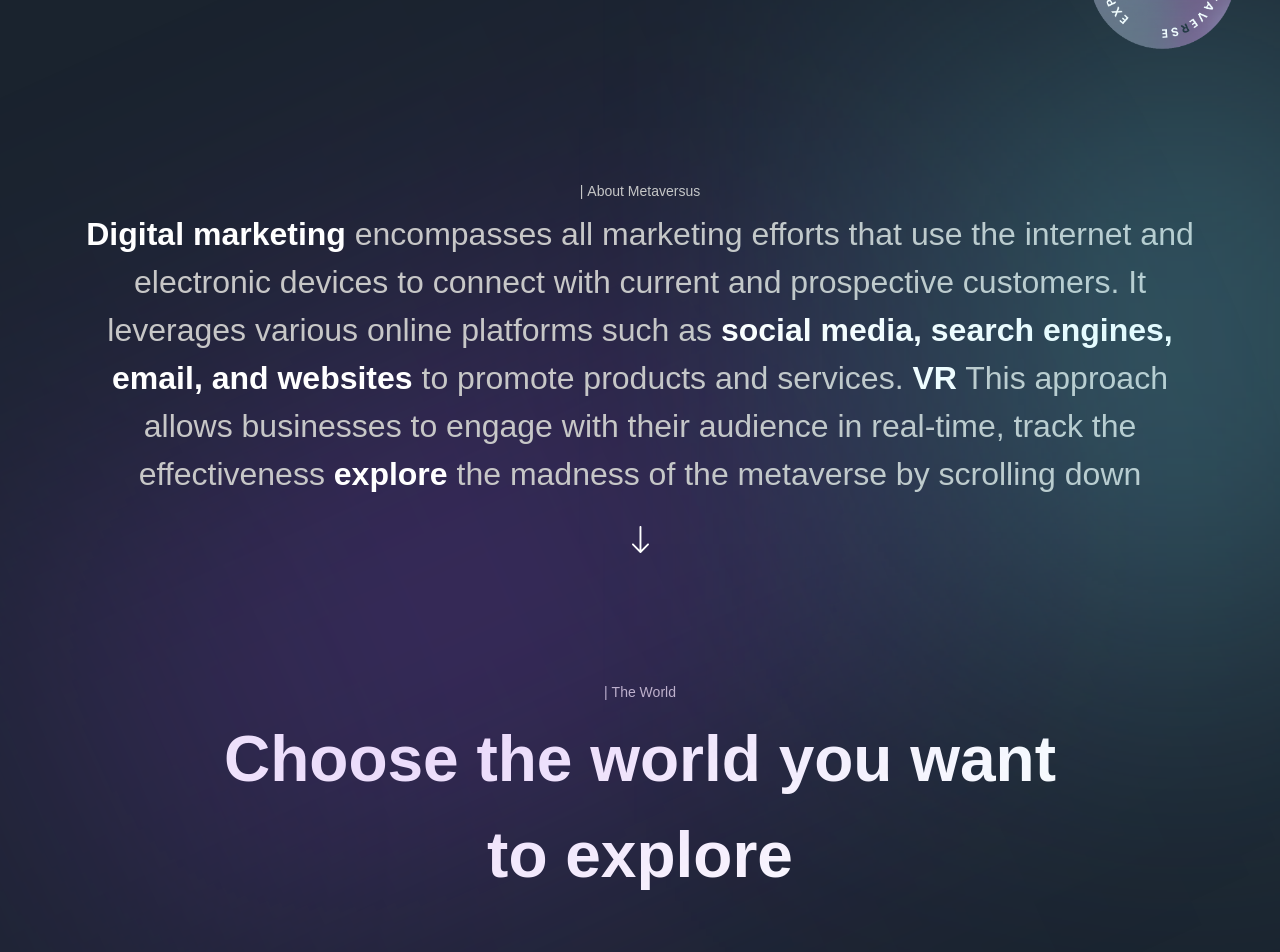
Repository: Shanuga123/metaversus
Page: /
These files come from the project's save history. The page is drawn as it stood at one moment and after the next save; the edit follows.
The browser window is 1280 px wide. The pictures show the part of the page from y = 987 to 1939 px (the page is 7302 px tall).
Pictures or frames that could not be fetched are drawn as grey boxes. Some web fonts or font styles are not loaded; a fallback is used. The project was rebuilt for these pictures with package versions that can differ from the ones it lists, and the page was loaded fresh each time. The framework's server and built-in components were replaced by stand-ins that run in the browser. Also part of the build but not shown: next.config.js.

Above is the page before, as saved 2024-08-05 21:40:44.

### components/Navbar.jsx
'use client';

import { motion } from 'framer-motion';

import styles from '../styles';
import { navVariants } from '../utils/motion';

const Navbar = () => (
  <motion.nav
    variants={navVariants}
    initial="hidden"
    whileInView="show"
    className={`${styles.xPaddings} py-8 relative`}
  >
    <div className="absolute w-[50%] inset-0 gradient-01" />
    <div
      className={`${styles.innerWidth} mx-auto flex justify-between gap-8`}
    >
      <img
        src="/search.svg"
        alt="search"
        className="w-[24px] h-[24px] object-contain"
      />
      <h2 className="font-extrabold text-[24px] leading-[30.24px] text-white">
        METAVERSUS
      </h2>
      <img
        src="/menu.svg"
        alt="menu"
        className="w-[24px] h-[24px] object-contain"
      />
    </div>
  </motion.nav>
);

export default Navbar;

### components/CustomTexts.jsx
'use client';

import { motion } from 'framer-motion';
import { textContainer, textVariant2 } from '../utils/motion';

export const TypingText = ({ title, textStyles }) => (
  <motion.p
    variants={textContainer}
    className={`font-normal text-[14px] text-secondary-white ${textStyles}`}
  >
    {Array.from(title).map((letter, index) => (
      <motion.span variants={textVariant2} key={index}>
        {letter === ' ' ? '\u00A0' : letter}
      </motion.span>
    ))}
  </motion.p>
);

export const TitleText = ({ title, textStyles }) => (
  <motion.h2
    variants={textVariant2}
    initial="hidden"
    whileInView="show"
    className={`mt-[8px] font-bold md:text-[64px] text-[40px] text-white ${textStyles}`}
  >
    {title}
  </motion.h2>
);

### components/ExploreCard.jsx
'use client';

import { motion } from 'framer-motion';

import styles from '../styles';
import { fadeIn } from '../utils/motion';

const ExploreCard = ({ id, imgUrl, title, index, active, handleClick }) => (
  <motion.div
    variants={fadeIn('right', 'spring', index * 0.5, 0.75)}
    className={`relative ${
      active === id ? 'lg:flex-[3.5] flex-[10]' : 'lg:flex-[0.5] flex-[2]'
    } flex items-center justify-center min-w-[170px] h-[700px] transition-[flex] duration-[0.7s] ease-out-flex cursor-pointer`}
    onClick={() => handleClick(id)}
  >
    <img
      src={imgUrl}
      alt="planet-04"
      className="absolute w-full h-full object-cover rounded-[24px]"
    />
    {active !== id ? (
      <h3 className="font-semibold sm:text-[26px] text-[18px] text-white absolute z-0 lg:bottom-20 lg:rotate-[-90deg] lg:origin-[0,0]">
        {title}
      </h3>
    ) : (
      <div className="absolute bottom-0 p-8 flex justify-start w-full flex-col bg-[rgba(0,0,0,0.5)] rounded-b-[24px]">
        <div
          className={`${styles.flexCenter} w-[60px] h-[60px] rounded-[24px] glassmorphism mb-[16px]`}
        >
          <img
            src="/headset.svg"
            alt="headset"
            className="w-1/2 h-1/2 object-contain"
          />
        </div>
        <p className="font-normal text-[16px] leading-[20.16px] text-white uppercase">
          Enter Metaverse
        </p>
        <h2 className="mt-[24px] font-semibold sm:text-[32px] text-[24px] text-white">
          {title}
        </h2>
      </div>
    )}
  </motion.div>
);

export default ExploreCard;

### components/InsightCard.jsx
'use client';

import { motion } from 'framer-motion';

import { fadeIn } from '../utils/motion';

const InsightCard = ({ imgUrl, title, subtitle, index }) => (
  <motion.div
    variants={fadeIn('up', 'spring', index * 0.5, 1)}
    className="flex md:flex-row flex-col gap-4"
  >
    <img
      src={imgUrl}
      alt="planet-01"
      className="md:w-[270px] w-full h-[250px] rounded-[32px] object-cover"
    />
    <div className="w-full flex justify-between items-center">
      <div className="flex-1 md:ml-[62px] flex flex-col max-w-[650px]">
        <h4 className="font-normal lg:text-[42px] text-[26px] text-white">
          {title}
        </h4>
        <p className="mt-[16px] font-normal lg:text-[20px] text-[14px] text-secondary-white">
          {subtitle}
        </p>
      </div>

      <div
        className="lg:flex hidden items-center justify-center w-[100px] h-[100px] rounded-full bg-transparent border-[1px] border-white"
      >
        <img
          src="/arrow.svg"
          alt="arrow"
          className="w-[40%] h-[40%] object-contain"
        />
      </div>
    </div>
  </motion.div>
);

export default InsightCard;

### components/Footer.jsx
'use client';

import { motion } from 'framer-motion';
import { socials } from '../constants';

import styles from '../styles';
import { footerVariants } from '../utils/motion';

const Footer = () => (
  <motion.footer
    variants={footerVariants}
    initial="hidden"
    whileInView="show"
    className={`${styles.xPaddings} py-8 relative`}
  >
    <div className="footer-gradient" />
    <div className={`${styles.innerWidth} mx-auto flex flex-col gap-8`}>
      <div className="flex items-center justify-between flex-wrap gap-5">
        <h4 className="font-bold md:text-[64px] text-[44px] text-white">
          Enter the Metaverse
        </h4>
        <button type="button" className="flex items-center h-fit py-4 px-6 bg-[#25618B] rounded-[32px] gap-[12px]">
          <img
            src="/headset.svg"
            alt="headset"
            className="w-[24px] h-[24px] object-contain"
          />
          <span className="font-normal text-[16px] text-white">
            Enter Metaverse
          </span>
        </button>
      </div>

      <div className="flex flex-col">
        <div className="mb-[50px] h-[2px] bg-white opacity-10" />

        <div className="flex items-center justify-between flex-wrap gap-4">
          <h4 className="font-extrabold text-[24px] text-white">
            METAVERUS
          </h4>
          <p className="font-normal text-[14px] text-white opacity-50">
            Copyright © 2021 - 2022 Metaversus. All rights reserved.
          </p>

          <div className="flex gap-4">
            {socials.map((social) => (
              <img
                key={social.name}
                src={social.url}
                alt={social.name}
                className="w-[24px] h-[24px] object-contain cursor-pointer"
              />
            ))}
          </div>
        </div>
      </div>
    </div>
  </motion.footer>
);

export default Footer;

### sections/Hero.jsx
'use client';

import { motion } from 'framer-motion';

import styles from '../styles';
import { slideIn, staggerContainer, textVariant } from '../utils/motion';

const Hero = () => (
  <section className={`${styles.yPaddings} sm:pl-16 pl-6`}>
    <motion.div
      variants={staggerContainer}
      initial="hidden"
      whileInView="show"
      viewport={{ once: false, amount: 0.25 }}
      className={`${styles.innerWidth} mx-auto flex flex-col`}
    >
      <div className="flex justify-center items-center flex-col relative z-10">
        <motion.h1 variants={textVariant(1.1)} className={styles.heroHeading}>
          Digital
        </motion.h1>
        <motion.div
          variants={textVariant(1.2)}
          className="flex flex-row justify-center items-center"
        >
          <h1 className={styles.heroHeading}>MaR</h1>

          <h1 className={styles.heroHeading}>Keting</h1>
        </motion.div>
      </div>

      <motion.div
        variants={slideIn('right', 'tween', 0.2, 1)}
        className="relative w-full md:-mt-[20px] -mt-[12px]"
      >
        <div className="absolute w-full h-[300px] hero-gradient rounded-tl-[140px] z-[0] -top-[30px]" />

        <img
          src="/cover1.jpg"
          alt="hero_cover"
          className="w-full sm:h-[500px] h-[350px] object-cover rounded-tl-[140px] z-10 relative"
        />

        <a href="#explore">
          <div className="w-full flex justify-end sm:-mt-[70px] -mt-[50px] pr-[40px] relative z-10">
            <img
              src="/stamp.png"
              alt="stamp"
              className="sm:w-[155px] w-[100px] sm:h-[155px] h-[100px] object-contain"
            />
          </div>
        </a>
      </motion.div>
    </motion.div>
  </section>
);

export default Hero;

### sections/About.jsx
'use client';

import { motion } from 'framer-motion';
import { TypingText } from '../components';

import styles from '../styles';
import { fadeIn, staggerContainer } from '../utils/motion';

const About = () => (
  <section className={`${styles.paddings} relative z-10`}>
    <div className="gradient-02 z-0" />
    <motion.div
      variants={staggerContainer}
      initial="hidden"
      whileInView="show"
      viewport={{ once: false, amount: 0.25 }}
      className={`${styles.innerWidth} mx-auto ${styles.flexCenter} flex-col`}
    >
      <TypingText title="| About Metaversus" textStyles="text-center" />

      <motion.p
        variants={fadeIn('up', 'tween', 0.2, 1)}
        className="mt-[8px] font-normal sm:text-[32px] text-[20px] text-center text-secondary-white"
      >
        <span className="font-extrabold text-white">Digital marketing </span> encompasses all marketing efforts that use the internet and electronic devices to connect with current and prospective customers. It leverages various online platforms such as {' '}
        <span className="font-extrabold text-white">
        social media, search engines, email, and websites
        </span>{' '}
        to promote products and services.{' '}
        <span className="font-extrabold text-white">VR</span> This approach allows businesses to engage with their audience in real-time, track the effectiveness{' '}
        <span className="font-extrabold text-white">explore</span> the madness
        of the metaverse by scrolling down
      </motion.p>

      <motion.img
        variants={fadeIn('up', 'tween', 0.3, 1)}
        src="/arrow-down.svg"
        alt="arrow down"
        className="w-[18px] h-[28px] object-contain mt-[28px]"
      />
    </motion.div>
  </section>
);

export default About;

### sections/Explore.jsx
'use client';

import { useState } from 'react';
import { motion } from 'framer-motion';

import styles from '../styles';
import { exploreWorlds } from '../constants';
import { staggerContainer } from '../utils/motion';
import { ExploreCard, TitleText, TypingText } from '../components';

const Explore = () => {
  const [active, setActive] = useState('world-2');

  return (
    <section className={`${styles.paddings}`} id="explore">
      <motion.div
        variants={staggerContainer}
        initial="hidden"
        whileInView="show"
        viewport={{ once: false, amount: 0.25 }}
        className={`${styles.innerWidth} mx-auto flex flex-col`}
      >
        <TypingText title="| The World" textStyles="text-center" />
        <TitleText
          title={<>Choose the world you want <br className="md:block hidden" /> to explore</>}
          textStyles="text-center"
        />
        <div className="mt-[50px] flex lg:flex-row flex-col min-h-[70vh] gap-5">
          {exploreWorlds.map((world, index) => (
            <ExploreCard
              key={world.id}
              {...world}
              index={index}
              active={active}
              handleClick={setActive}
            />
          ))}
        </div>
      </motion.div>
    </section>
  );
};

export default Explore;

### sections/GetStarted.jsx
'use client';

import { motion } from 'framer-motion';

import styles from '../styles';
import { startingFeatures } from '../constants';
import { StartSteps, TitleText, TypingText } from '../components';
import { staggerContainer, fadeIn, planetVariants } from '../utils/motion';

const GetStarted = () => (
  <section className={`${styles.paddings} relative z-10`}>
    <motion.div
      variants={staggerContainer}
      initial="hidden"
      whileInView="show"
      viewport={{ once: false, amount: 0.25 }}
      className={`${styles.innerWidth} mx-auto flex lg:flex-row flex-col gap-8`}
    >
      <motion.div
        variants={planetVariants('left')}
        className={`flex-1 ${styles.flexCenter}`}
      >
        <img
          src="/get-started.png"
          alt="get-started"
          className="w-[90%] h-[90%] object-contain"
        />
      </motion.div>
      <motion.div
        variants={fadeIn('left', 'tween', 0.2, 1)}
        className="flex-[0.75] flex justify-center flex-col"
      >
        <TypingText title="| How Metaversus Works" />
        <TitleText title={<>Get started with just a few clicks</>} />
        <div className="mt-[31px] flex flex-col max-w-[370px] gap-[24px]">
          {startingFeatures.map((feature, index) => (
            <StartSteps
              key={feature}
              number={`${index < 10 ? '0' : ''} ${index + 1}`}
              text={feature}
            />
          ))}
        </div>
      </motion.div>
    </motion.div>
  </section>
);

export default GetStarted;

### sections/WhatsNew.jsx
'use client';

import { motion } from 'framer-motion';

import styles from '../styles';
import { newFeatures } from '../constants';
import { NewFeatures, TitleText, TypingText } from '../components';
import { planetVariants, staggerContainer, fadeIn } from '../utils/motion';

const WhatsNew = () => (
  <section className={`${styles.paddings} relative z-10`}>
    <motion.div
      variants={staggerContainer}
      initial="hidden"
      whileInView="show"
      viewport={{ once: false, amount: 0.25 }}
      className={`${styles.innerWidth} mx-auto flex lg:flex-row flex-col gap-8`}
    >
      <motion.div
        variants={fadeIn('right', 'tween', 0.2, 1)}
        className="flex-[0.95] flex justify-center flex-col"
      >
        <TypingText title="| Whats new?" />
        <TitleText title={<>What's new about Metaversus?</>} />
        <div className="mt-[48px] flex flex-wrap justify-between gap-[24px]">
          {newFeatures.map((feature) => (
            <NewFeatures key={feature.title} {...feature} />
          ))}
        </div>
      </motion.div>

      <motion.div
        variants={planetVariants('right')}
        className={`flex-1 ${styles.flexCenter}`}
      >
        <img
          src="/whats-new.png"
          alt="get-started"
          className="w-[90%] h-[90%] object-contain"
        />
      </motion.div>
    </motion.div>
  </section>
);

export default WhatsNew;

### sections/World.jsx
'use client';

import { motion } from 'framer-motion';

import styles from '../styles';
import { TitleText, TypingText } from '../components';
import { fadeIn, staggerContainer } from '../utils/motion';

const World = () => (
  <section className={`${styles.paddings} relative z-10`}>
    <motion.div
      variants={staggerContainer}
      initial="hidden"
      whileInView="show"
      viewport={{ once: false, amount: 0.25 }}
      className={`${styles.innerWidth} mx-auto flex flex-col`}
    >

      <TypingText title="| People on the World" textStyles="text-center" />
      <TitleText
        title={(
          <>Track friends around you and invite them to play together in the same
            world
          </>
        )}
        textStyles="text-center"
      />

      <motion.div
        variants={fadeIn('up', 'tween', 0.3, 1)}
        className="relative mt-[68px] flex w-full h-[550px]"
      >
        <img src="/map.png" alt="map" className="w-full h-full object-cover" />

        <div className="absolute bottom-20 right-20 w-[70px] h-[70px] p-[6px] rounded-full bg-[#5D6680]">
          <img src="people-01.png" alt="people" className="w-full h-full" />
        </div>

        <div className="absolute top-10 left-20 w-[70px] h-[70px] p-[6px] rounded-full bg-[#5D6680]">
          <img src="/people-02.png" alt="people" className="w-full h-full" />
        </div>

        <div className="absolute top-1/2 left-[45%] w-[70px] h-[70px] p-[6px] rounded-full bg-[#5D6680]">
          <img src="people-03.png" alt="people" className="w-full h-full" />
        </div>
      </motion.div>
    </motion.div>
  </section>
);

export default World;

### sections/Insights.jsx
'use client';

import { motion } from 'framer-motion';

import styles from '../styles';
import { insights } from '../constants';
import { staggerContainer } from '../utils/motion';
import { InsightCard, TitleText, TypingText } from '../components';

const Insights = () => (
  <section className={`${styles.paddings} relative z-10`}>
    <motion.div
      variants={staggerContainer}
      initial="hidden"
      whileInView="show"
      viewport={{ once: false, amount: 0.25 }}
      className={`${styles.innerWidth} mx-auto flex flex-col`}
    >
      <TypingText title="| Insight" textStyles="text-center" />
      <TitleText title={<>Insight about metaverse</>} textStyles="text-center" />
      <div className="mt-[50px] flex flex-col gap-[30px]">
        {insights.map((item, index) => (
          <InsightCard key={`insight-${index}`} {...item} index={index + 1} />
        ))}
      </div>
    </motion.div>
  </section>
);

export default Insights;

### sections/Feedback.jsx
'use client';

import { motion } from 'framer-motion';

import styles from '../styles';
import { fadeIn, staggerContainer, zoomIn } from '../utils/motion';

const Feedback = () => (
  <section className={`${styles.paddings}`}>
    <motion.div
      variants={staggerContainer}
      initial="hidden"
      whileInView="show"
      viewport={{ once: false, amount: 0.25 }}
      className={`${styles.innerWidth} mx-auto flex lg:flex-row flex-col gap-6`}
    >
      <motion.div
        variants={fadeIn('right', 'tween', 0.2, 1)}
        className="flex-[0.5] lg:max-w-[370px] flex justify-end flex-col gradient-05 sm:p-8 p-4 rounded-[32px] border-[1px] border-[#6A6A6A] relative"
      >
        <div className="feedback-gradient" />
        <div>
          <h4 className="font-bold sm:text-[32px] text-[26px] sm:leading-[40.32px] leading-[36.32px] text-white">
            Samantha
          </h4>
          <p className="mt-[8px] font-normal sm:text-[18px] text-[12px] sm:leading-[22.68px] leading-[16.68px] text-white">
            Founder Metaverus
          </p>
        </div>

        <p className="mt-[24px] font-normal sm:text-[24px] text-[18px] sm:leading-[45.6px] leading-[39.6px] text-white">
          “With the development of today's technology, metaverse is very
          useful for today's work, or can be called web 3.0. by using
          metaverse you can use it as anything”
        </p>
      </motion.div>

      <motion.div
        variants={fadeIn('left', 'tween', 0.2, 1)}
        className="relative flex-1 flex justify-center items-center"
      >
        <img
          src="/planet-09.png"
          alt="planet-09"
          className="w-full lg:h-[610px] h-auto min-h-[210px] object-cover rounded-[40px]"
        />

        <motion.div
          variants={zoomIn(0.4, 1)}
          className="lg:block hidden absolute -left-[10%] top-[3%]"
        >
          <img
            src="/stamp.png"
            alt="stamp"
            className="w-[155px] h-[155px] object-contain"
          />
        </motion.div>
      </motion.div>
    </motion.div>
  </section>
);

export default Feedback;

### styles/index.js
const styles = {
  innerWidth: '2xl:max-w-[1280px] w-full',
  interWidth: 'lg:w-[80%] w-[100%]',

  paddings: 'sm:p-16 xs:p-8 px-6 py-12',
  yPaddings: 'sm:py-16 xs:py-8 py-12',
  xPaddings: 'sm:px-16 px-6',
  topPaddings: 'sm:pt-16 xs:pt-8 pt-12',
  bottomPaddings: 'sm:pb-16 xs:pb-8 pb-12',

  flexCenter: 'flex justify-center items-center',
  flexStart: 'flex justify-start items-start',
  flexEnd: 'flex justify-end',
  navPadding: 'pt-[98px]',

  // hero section
  heroHeading:
      'font-bold lg:text-[144px] md:text-[100px] sm:text-[60px] text-[44px] lg:leading-[158.4px] md:leading-[114.4px] sm:leading-[74.4px] leading-[64.4px] uppercase text-white',
  heroRText:
      'md:w-[212px] sm:w-[80px] w-[60px] md:h-[108px] sm:h-[48px] h-[38px] md:border-[18px] border-[9px] rounded-r-[50px] border-white sm:mx-2 mx-[6px]',
};

export default styles;

### constants/index.js
export const exploreWorlds = [
  {
    id: 'world-1',
    imgUrl: '/planet-01.png',
    title: 'The Hogwarts',
  },
  {
    id: 'world-2',
    imgUrl: '/planet-02.png',
    title: 'The Upside Down',
  },
  {
    id: 'world-3',
    imgUrl: '/planet-03.png',
    title: 'Kadirojo Permai',
  },
  {
    id: 'world-4',
    imgUrl: '/planet-04.png',
    title: 'Paradise Island',
  },
  {
    id: 'world-5',
    imgUrl: '/planet-05.png',
    title: 'Hawkins Labs',
  },
];

export const startingFeatures = [
  'Find a world that suits you and you want to enter',
  'Enter the world by reading basmalah to be safe',
  'No need to beat around the bush, just stay on the gas and have fun',
];

export const newFeatures = [
  {
    imgUrl: '/vrpano.svg',
    title: 'A new world',
    subtitle:
        'we have the latest update with new world for you to try never mind',
  },
  {
    imgUrl: '/headset.svg',
    title: 'More realistic',
    subtitle:
        'In the latest update, your eyes are narrow, making the world more realistic than ever',
  },
];

export const insights = [
  {
    imgUrl: '/planet-06.png',
    title: 'The launch of the Metaverse makes Elon musk ketar-ketir',
    subtitle:
        'Magna etiam tempor orci eu lobortis elementum nibh tellus molestie. Diam maecenas sed enim ut sem viverra alique.',
  },
  {
    imgUrl: '/planet-07.png',
    title: '7 tips to easily master the madness of the Metaverse',
    subtitle:
        'Vitae congue eu consequat ac felis donec. Et magnis dis parturient montes nascetur ridiculus mus. Convallis tellus id interdum',
  },
  {
    imgUrl: '/planet-08.png',
    title: 'With one platform you can explore the whole world virtually',
    subtitle:
        'Quam quisque id diam vel quam elementum. Viverra nam libero justo laoreet sit amet cursus sit. Mauris in aliquam sem',
  },
];

export const socials = [
  {
    name: 'twitter',
    url: '/twitter.svg',
  },
  {
    name: 'linkedin',
    url: '/linkedin.svg',
  },
  {
    name: 'instagram',
    url: '/instagram.svg',
  },
  {
    name: 'facebook',
    url: '/facebook.svg',
  },
];

Loaded but not shown: app/layout.js (common file); app/page.js (common file); styles/globals.css (common file); components/index.js (common file); sections/index.js (common file); components/StartSteps.jsx (common file); components/NewFeatures.jsx (common file); tailwind.config.js (common file); utils/motion.js (161 lines, source omitted)

After the next save:
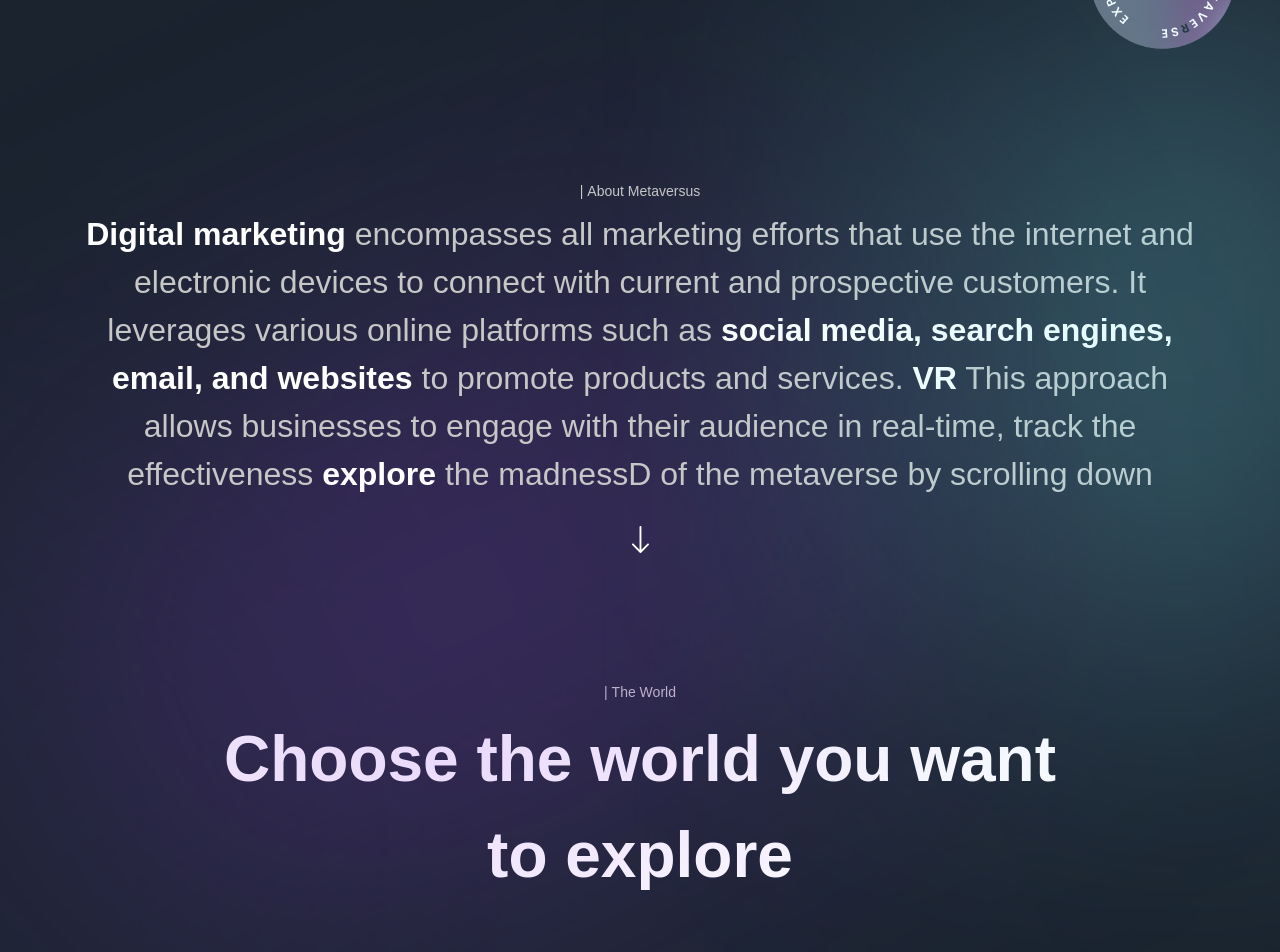
Saved 20 s later.
--- a/sections/About.jsx
+++ b/sections/About.jsx
@@ -28,7 +28,7 @@ const About = () => (
         </span>{' '}
         to promote products and services.{' '}
         <span className="font-extrabold text-white">VR</span> This approach allows businesses to engage with their audience in real-time, track the effectiveness{' '}
-        <span className="font-extrabold text-white">explore</span> the madness
+        <span className="font-extrabold text-white">explore</span> the madnessD
         of the metaverse by scrolling down
       </motion.p>
 
